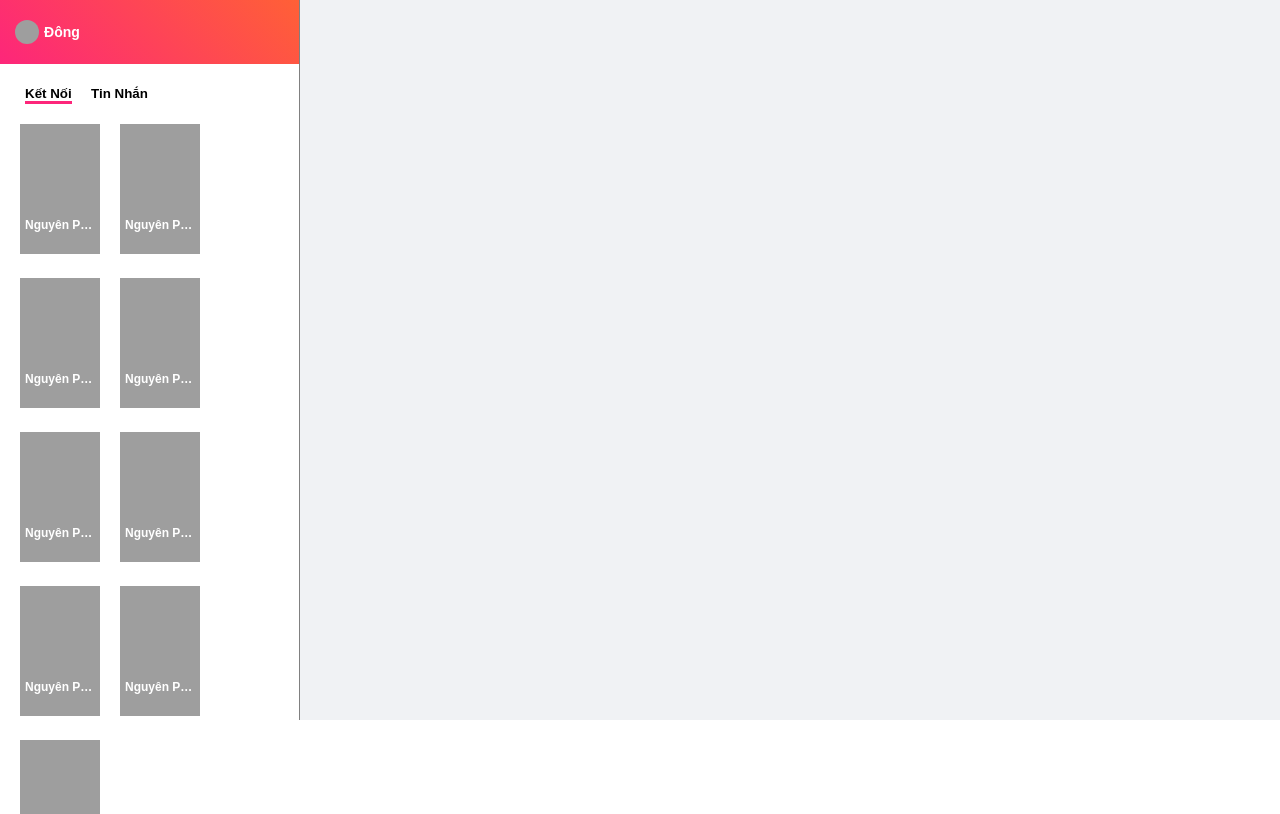
Repository: conquy2002/T2009A
Page: Project RobinTinder/website/index.html
An editor plug-in stored every save of this project. The page is shown before and after the next save, followed by the edit.
The browser window is 1280 px wide. The pictures show the whole page.
Pictures or frames that could not be fetched are drawn as grey boxes.

Above is the page before, as saved 2022-01-07 09:53:17.

After the next save:
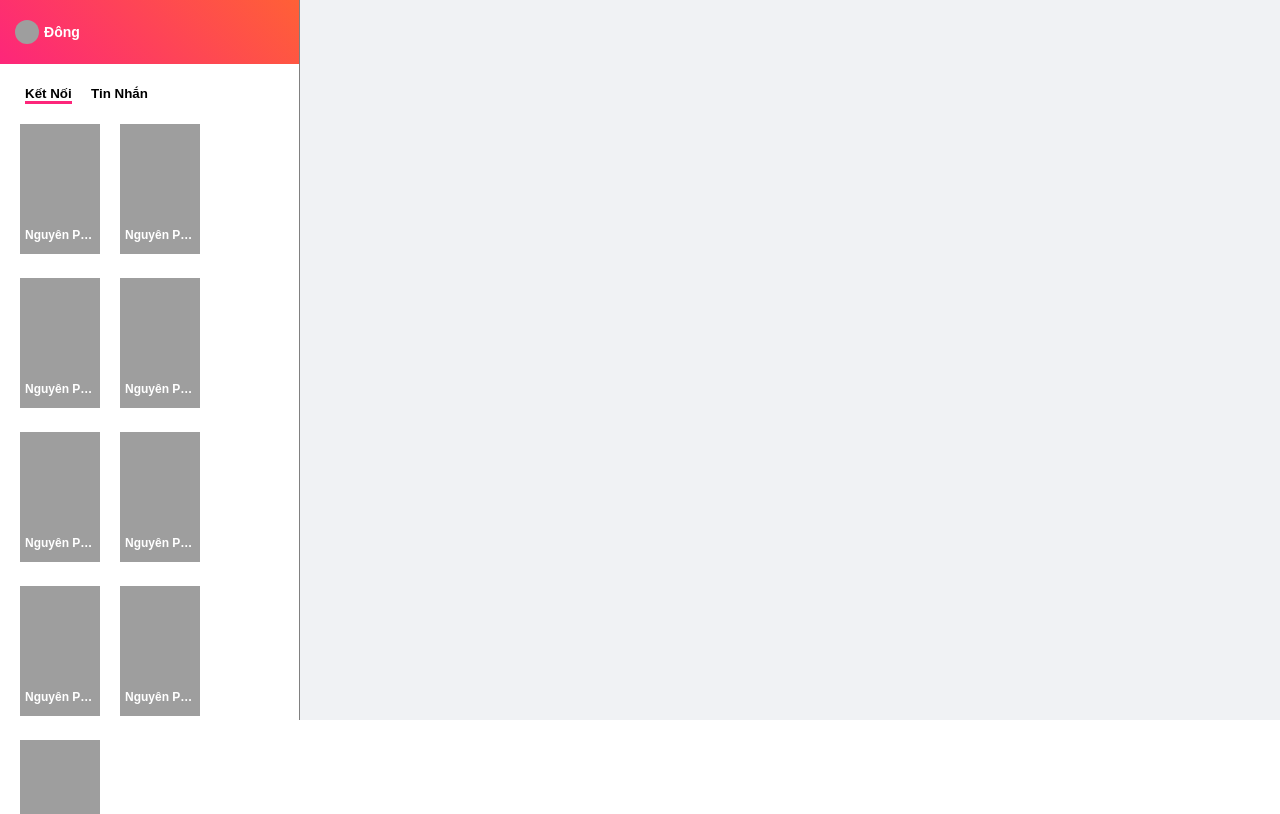
Saved 19 s later.
--- a/Project RobinTinder/website/css/style.css
+++ b/Project RobinTinder/website/css/style.css
@@ -92,7 +92,7 @@
     white-space: pre-wrap;
     position: absolute;
     left: 15px;
-    bottom: 50px;
+    bottom: 40px;
     color: #fff;
 }
 .nav__content-main .connection .connection_span h3{
